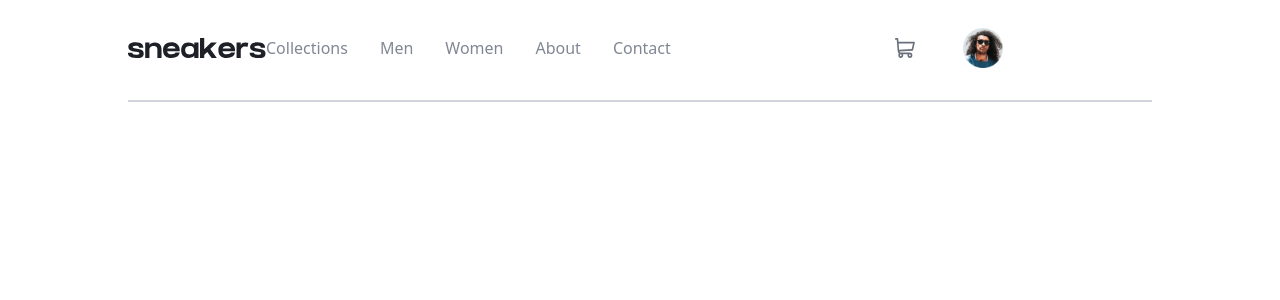
Repository: Sef24/product-design-sneakers
Page: /
The author's editor kept a copy of each file at every save. The page is drawn from the files as they stood at one save, then again after a run of saves.
The browser window is 1280 px wide. The pictures show the whole page.
The project was rebuilt for these pictures with package versions that can differ from the ones it lists, and the page was loaded fresh each time.

Above is the page before, as saved 2022-06-11 21:30:56.

After the next 3 saves:
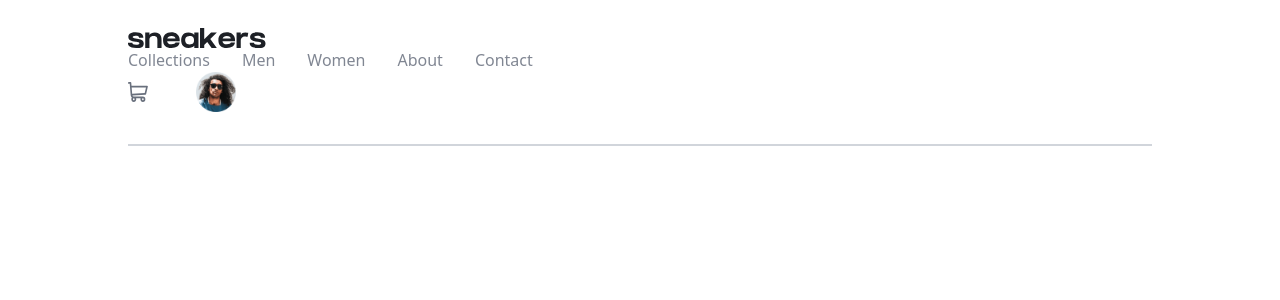
The 3 saves are shown as one change because they came seconds apart.
The last was saved 19 s later.
--- a/src/components/Nav.js
+++ b/src/components/Nav.js
@@ -6,7 +6,7 @@
 function Nav() {
   return (
     <main className="flex items-center justify-between border-b-2 border-gray-300 pb-8 mx-32 ">
-      <section className="flex items-center justify-between pt-7 ">
+      <section className=" pt-7 ">
         <div>
           <img src={logo} alt="" className="h-5" />
         </div>
